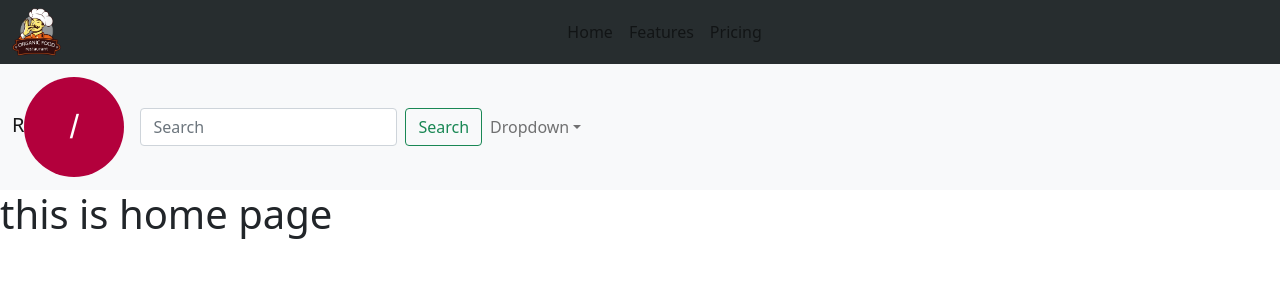
Repository: mdrubel02/organic-food-restaurnat
Page: /
These files come from the project's save history. The page is drawn as it stood at one moment and after the next save; the edit follows.
The browser window is 1280 px wide. The pictures show the whole page.
The project was rebuilt for these pictures with package versions that can differ from the ones it lists, and the page was loaded fresh each time.

Above is the page before, as saved 2022-07-02 16:15:11.

After the next save:
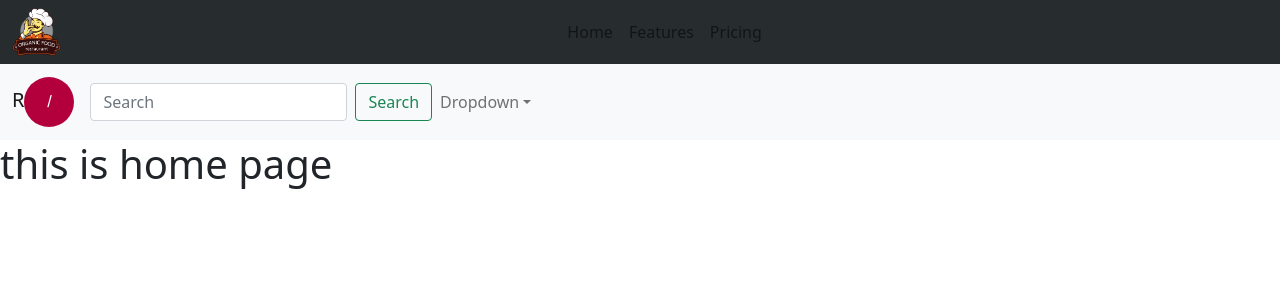
Saved 24 s later.
--- a/src/Components/Header/HeaderTwo.js
+++ b/src/Components/Header/HeaderTwo.js
@@ -8,7 +8,7 @@ const HeaderTwo = () => {
         <Navbar bg="light" expand="lg">
             <Container fluid>
                 <Navbar.Brand href="#home">R
-                    <Avatar name={logo} size="100" round={true}></Avatar>
+                    <Avatar name={logo} size="50" round={true}></Avatar>
                 </Navbar.Brand>
                 <Form className="d-flex">
                     <Form.Control
